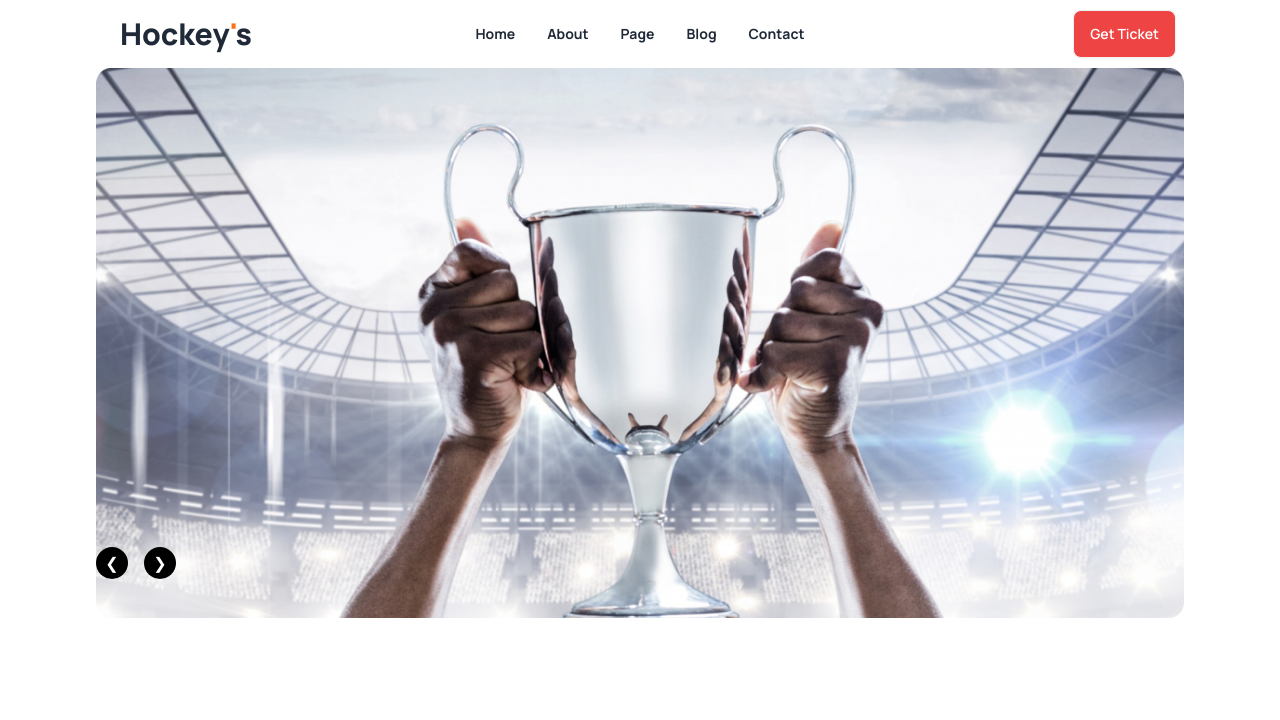
Repository: RudrasahaDibos/Hockey-
Page: index.html
These files come from the project's save history. The page is drawn as it stood at one moment and after a run of saves; the edit follows.
The browser window is 1280 px wide. The pictures show the whole page.
Some web libraries are served in a nearby version.

Above is the page before, as saved 2024-10-23 19:36:26.

### index.html
<!DOCTYPE html>
<html lang="en">
<head>
    <meta charset="UTF-8">
    <meta name="viewport" content="width=device-width, initial-scale=1.0">
    <title>Hockeys</title>
    <!-- Tailwinds css -->
    <link href="https://cdn.jsdelivr.net/npm/daisyui@4.12.13/dist/full.min.css" rel="stylesheet" type="text/css" />
    <script src="https://cdn.tailwindcss.com"></script>
    <!-- Font asome -->
    <link rel="stylesheet" href="https://cdnjs.cloudflare.com/ajax/libs/font-awesome/6.6.0/css/all.min.css" integrity="sha512-Kc323vGBEqzTmouAECnVceyQqyqdsSiqLQISBL29aUW4U/M7pSPA/gEUZQqv1cwx4OnYxTxve5UMg5GT6L4JJg==" crossorigin="anonymous" referrerpolicy="no-referrer" />
   <!-- tailwind custom css -->
   <script>
    tailwind.config = {
      theme: {
        extend: {
          colors: {
            clifford: '#da373d',
          }
        }
      }
    }
  </script>
  <!-- google Font  -->
  <link rel="preconnect" href="https://fonts.googleapis.com">
  <link rel="preconnect" href="https://fonts.gstatic.com" crossorigin>
  <link href="https://fonts.googleapis.com/css2?family=Manrope:wght@200..800&display=swap" rel="stylesheet">

  <style>
.manrope {
  font-family: "Manrope", serif;
}
  </style>

</head>
<body class="manrope">
    <!-- header section start here -->
       <header class="container mx-auto lg:px-24 px-8">
                 <!-- navber start here -->
                     <nav>
                        <div class="navbar bg-base-100">
                            <div class="navbar-start">
                              <div class="dropdown">
                                <div tabindex="0" role="button" class="  lg:hidden">
                                  <svg
                                    xmlns="http://www.w3.org/2000/svg"
                                    class="h-5 w-5"
                                    fill="none"
                                    viewBox="0 0 24 24"
                                    stroke="currentColor">
                                    <path
                                      stroke-linecap="round"
                                      stroke-linejoin="round"
                                      stroke-width="2"
                                      d="M4 6h16M4 12h8m-8 6h16" />
                                  </svg>
                                </div>
                                <ul
                                  tabindex="0"
                                  class="menu menu-sm dropdown-content bg-base-100 rounded-box z-[1] mt-3 w-52 p-2 shadow">

                                    <li><a>Home</a></li>
                                    <li><a>About</a></li>
                                    <li><a>Page</a></li>
                                    <li><a>Blog</a></li>
                                    <li><a>Contact</a></li>

                                </ul>
                              </div>

                              <a class=" ml-4  text-2xl lg:text-3xl font-extrabold ">Hockey<span class="text-orange-500">'</span>s</a>

                            </div>
                            <div class="navbar-center hidden lg:flex">
                              <ul class="menu menu-horizontal px-1">
                                <li class="hover:text-orange-500 font-bold"><a>Home</a></li>
                                <li  class="hover:text-orange-500 font-bold"><a>About</a></li>
                                <li  class="hover:text-orange-500 font-bold"><a>Page</a></li>
                                <li  class="hover:text-orange-500 font-bold"><a>Blog</a></li>
                                <li  class="hover:text-orange-500 font-bold"><a>Contact</a></li>
                              </ul>
                            </div>
                            <div class="navbar-end  lg:ml-0 ml-20">

                              <a class="btn bg-red-500 text-white  ">Get Ticket</a>
                            </div>
                          </div>
                     </nav>
                 <!-- navber end here -->

                  <!-- banner start here -->
                     <div>
                      <div class="carousel w-full">
                        <div id="slide1" class="carousel-item relative w-full ">
                          <img
                            src="Images/1.png"
                            class="w-full lg:h-[550px] " />
                          <div class="absolute lg:left-0 lg:right-0 lg:top-[90%] left-[90px] top-[80%] flex -translate-y-1/2 transform gap-4">
                            <div class=" h-8 w-8 rounded-full bg-black text-white flex justify-center items-center ">
                              <a href="#slide4" class="lg:btn lg:btn-circle">❮</a>
                            </div>
                            <div class="h-8 w-8 rounded-full bg-black text-white flex justify-center items-center">
                              <a href="#slide2" class="lg:btn lg:btn-circle ">❯</a>
                            </div>
                          </div>
                        </div>
                        <div id="slide2" class="carousel-item relative w-full">
                          <img
                            src="Images/2.png"
                            class="w-full lg:h-[550px]" />
                            <div class="absolute lg:left-0 lg:right-0 lg:top-[90%] left-[90px] top-[80%] flex -translate-y-1/2 transform gap-4">
                              <div class=" h-8 w-8 rounded-full bg-black text-white flex justify-center items-center ">
                                <a href="#slide1" class="lg:btn lg:btn-circle">❮</a>
                              </div>
                              <div class="h-8 w-8 rounded-full bg-black text-white flex justify-center items-center">
                                <a href="#slide3" class="lg:btn lg:btn-circle ">❯</a>
                              </div>
                            </div>
                        </div>
                        <div id="slide3" class="carousel-item relative w-full">
                          <img
                            src="Images/3.png"
                            class="w-full lg:h-[550px]" />
                            <div class="absolute lg:left-0 lg:right-0 lg:top-[90%] left-[90px] top-[80%] flex -translate-y-1/2 transform gap-4">
                              <div class=" h-8 w-8 rounded-full bg-black text-white flex justify-center items-center ">
                                <a href="#slide2" class="lg:btn lg:btn-circle">❮</a>
                              </div>
                              <div class="h-8 w-8 rounded-full bg-black text-white flex justify-center items-center">
                                <a href="#slide4" class="lg:btn lg:btn-circle ">❯</a>
                              </div>
                            </div>
                        </div>
                        <div id="slide4" class="carousel-item relative w-full">
                          <img
                            src="Images/4.png"
                            class="w-full lg:h-[550px]" />
                            <div class="absolute lg:left-0 lg:right-0 lg:top-[90%] left-[90px] top-[80%] flex -translate-y-1/2 transform gap-4">
                              <div class=" h-8 w-8 rounded-full bg-black text-white flex justify-center items-center ">
                                <a href="#slide3" class="lg:btn lg:btn-circle">❮</a>
                              </div>
                              <div class="h-8 w-8 rounded-full bg-black text-white flex justify-center items-center">
                                <a href="#slide1" class="lg:btn lg:btn-circle ">❯</a>
                              </div>
                            </div>
                        </div>
                      </div>
                       <div>

                       </div>


                     </div>


                   <!-- banner end here -->
       </header>
       <!-- Header section End here -->

       <!-- Main secetion start here  -->
        <main>

        </main>
        <!-- main section end here -->

</body>
</html>

After the next 3 saves:
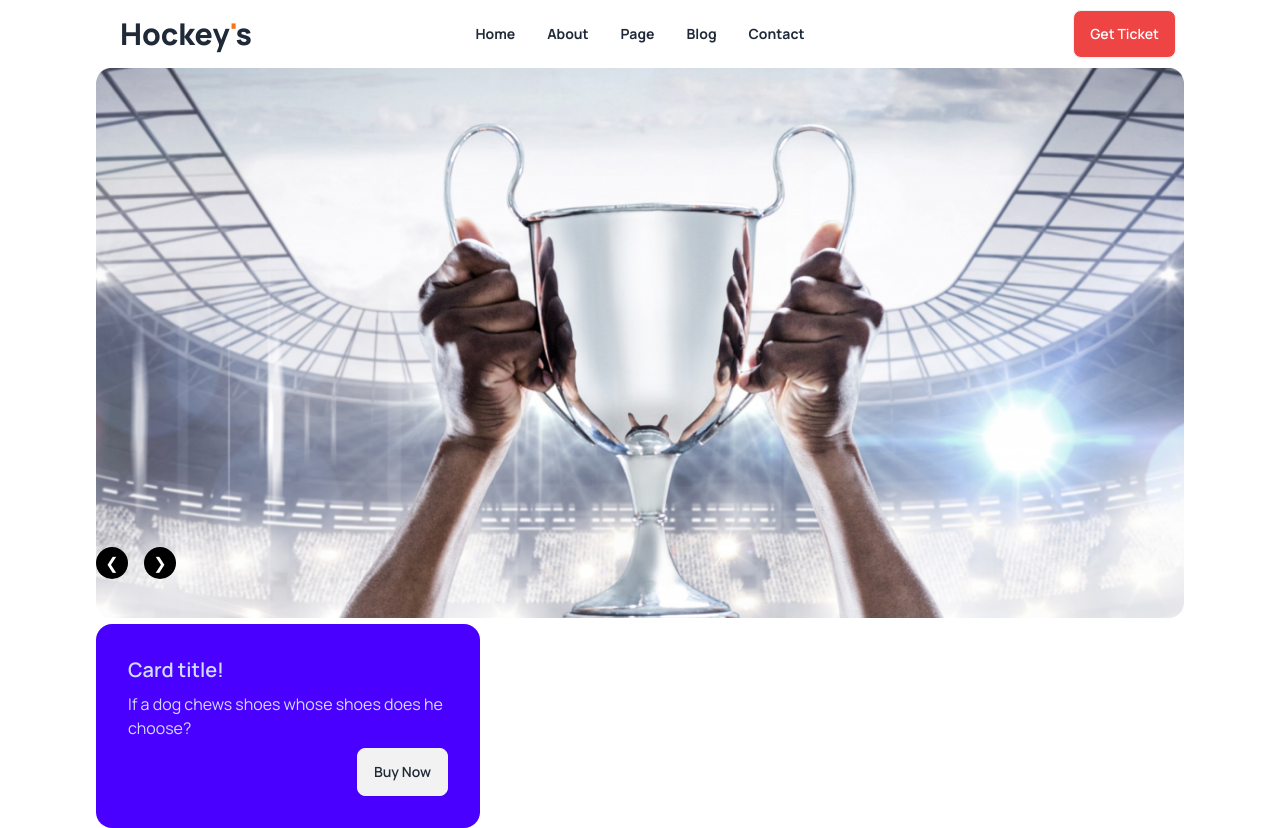
The 3 saves are shown as one change because they came seconds apart.
The last was saved 58 s later.
--- a/index.html
+++ b/index.html
@@ -145,7 +145,16 @@
                         </div>
                       </div>
                        <div>
-
+                        <!--  -->
+                        <div class="card bg-primary text-primary-content w-96">
+                          <div class="card-body">
+                            <h2 class="card-title">Card title!</h2>
+                            <p>If a dog chews shoes whose shoes does he choose?</p>
+                            <div class="card-actions justify-end">
+                              <button class="btn">Buy Now</button>
+                            </div>
+                          </div>
+                        </div>
                        </div>
 
 
